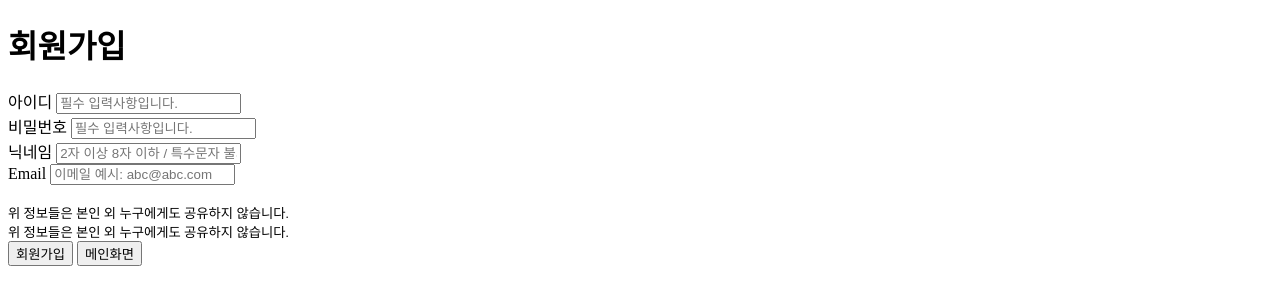
Repository: Gansaw/Airport_Portal
Page: http://localhost/signup
These files come from the project's save history. The page is drawn as it stood at one moment and after the next save; the edit follows.
The browser window is 1280 px wide. The pictures show the whole page.
The page is this project's Thymeleaf template; nobody is signed in. The template is opened directly, without the code that normally fills it, so the values that code supplies are empty.

Above is the page before, as saved 2023-07-27 06:59:26.

After the next save:
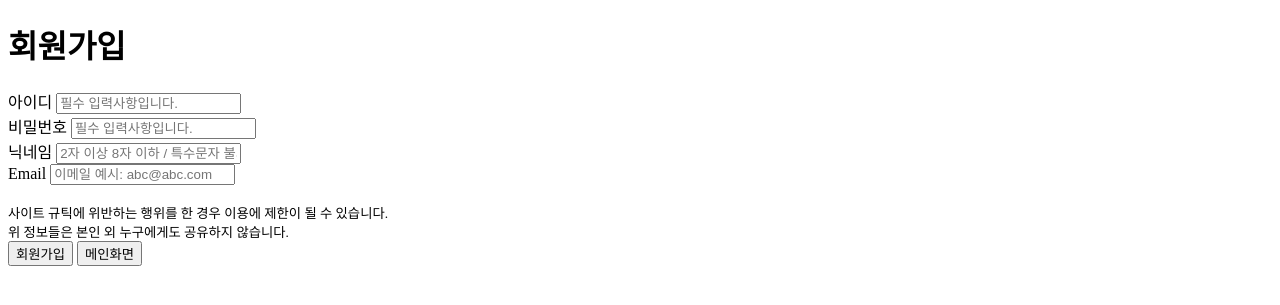
Saved 70 s later.
--- a/WebServiceDevelop/WebProject/src/main/resources/templates/signup.html
+++ b/WebServiceDevelop/WebProject/src/main/resources/templates/signup.html
@@ -26,7 +26,7 @@
 			<label for="email">Email</label>
 			<input type="email" id="email" name="email" placeholder="이메일 예시: abc@abc.com" required> <br/> <br/>
 
-			<small>위 정보들은 본인 외 누구에게도 공유하지 않습니다.</small><br/>
+			<small>사이트 규틱에 위반하는 행위를 한 경우 이용에 제한이 될 수 있습니다.</small><br/>
 			<small>위 정보들은 본인 외 누구에게도 공유하지 않습니다.</small><br/>
 
 			<button type="submit">회원가입</button>
